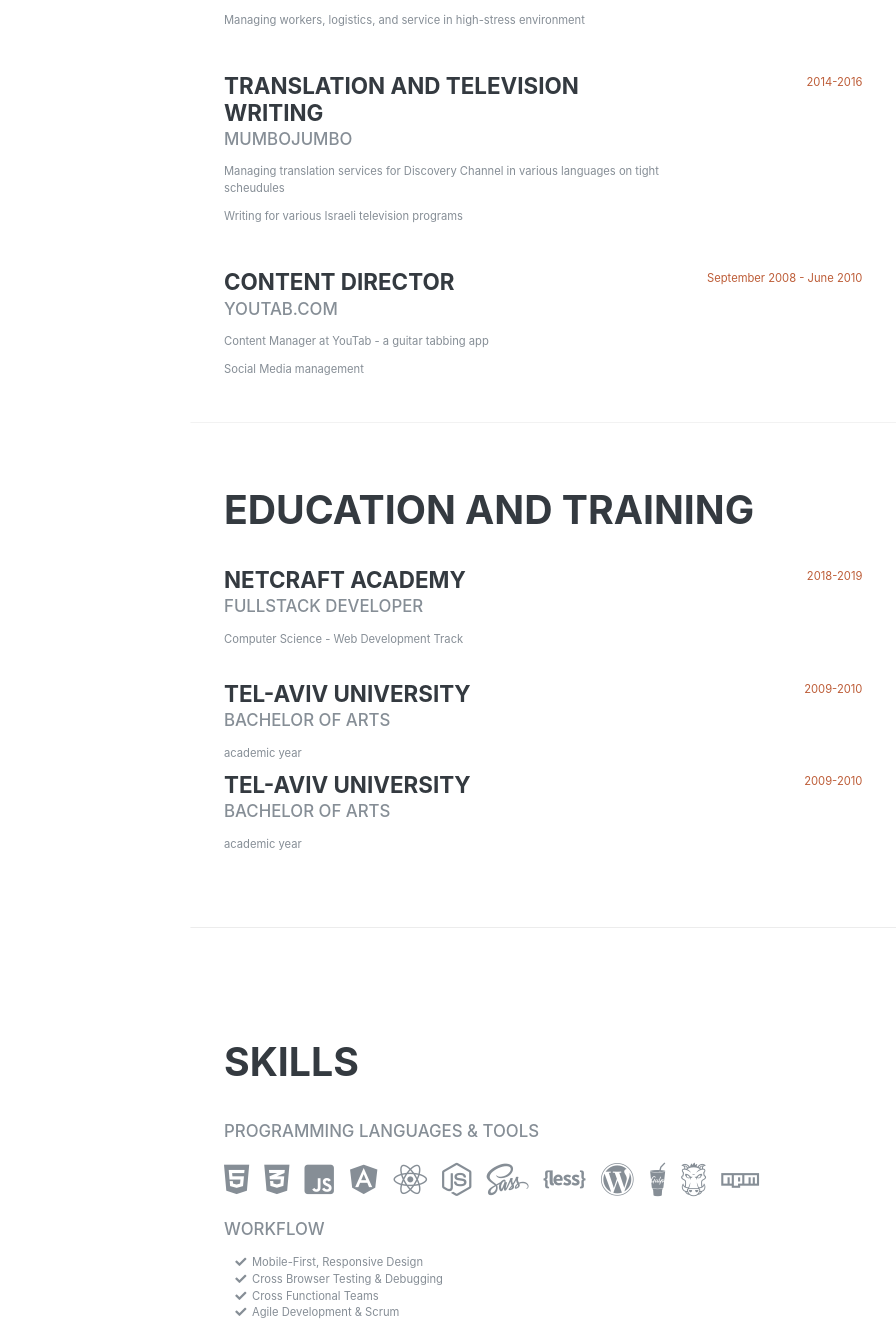
Repository: AlonGur/resume
Page: index.html
The author's editor kept a copy of each file at every save. The page is drawn from the files as they stood at one save, then again after the next save.
The browser window is 1280 px wide. The pictures show the part of the page from y = 958 to 2878 px (the page is 4446 px tall), at 70% of full size.
Some web fonts or font styles are not loaded; a fallback is used.

Above is the page before, as saved 2019-06-07 16:07:37.

After the next save:
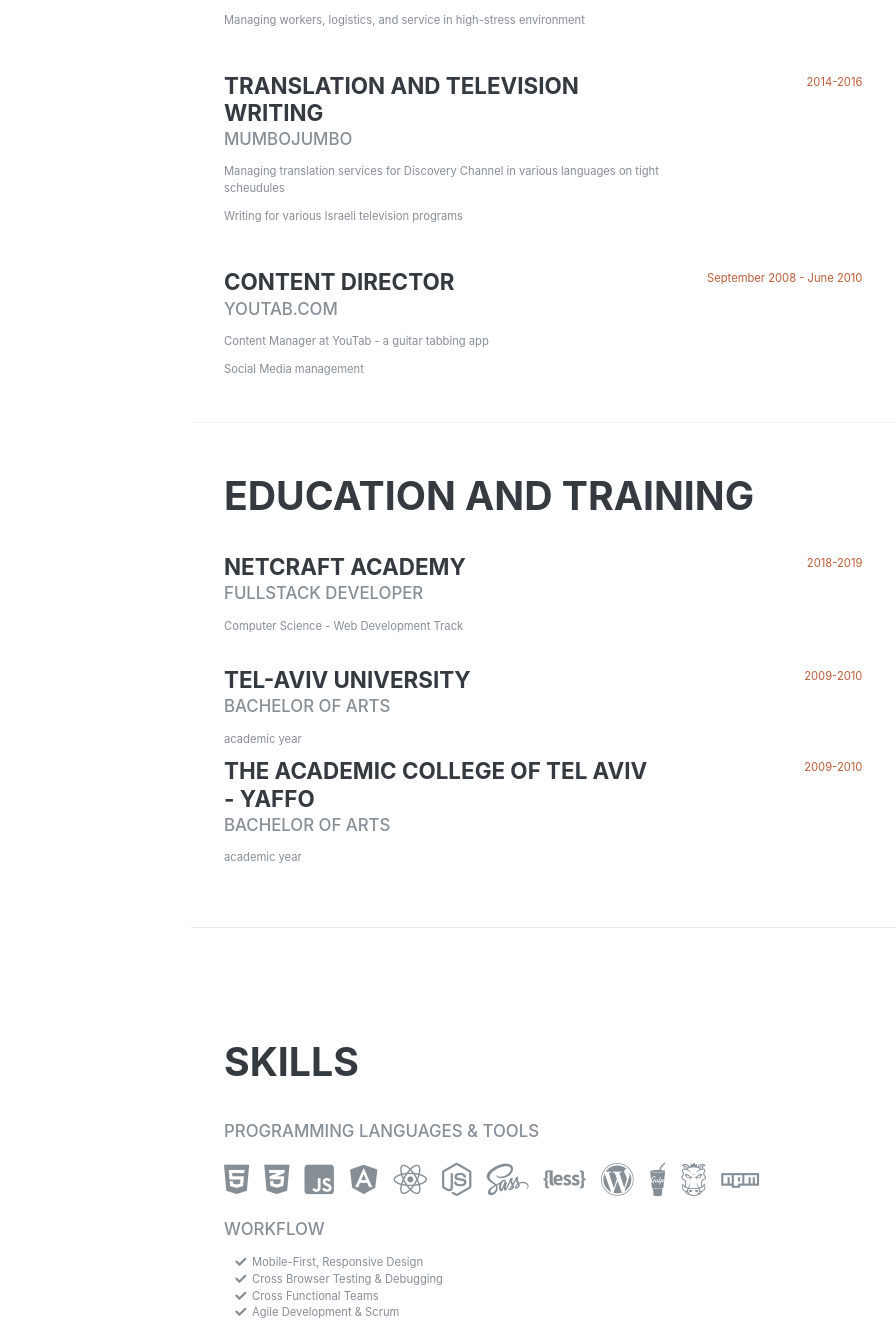
Saved 16 s later.
--- a/index.html
+++ b/index.html
@@ -160,7 +160,7 @@
 
         <div class="resume-item d-flex flex-column flex-md-row justify-content-between">
             <div class="resume-content">
-              <h3 class="mb-0">Tel-Aviv University</h3>
+              <h3 class="mb-0">The Academic College of Tel Aviv - Yaffo</h3>
               <div class="subheading mb-3">Bachelor of Arts</div>
               <p>academic year</p>
             </div>
